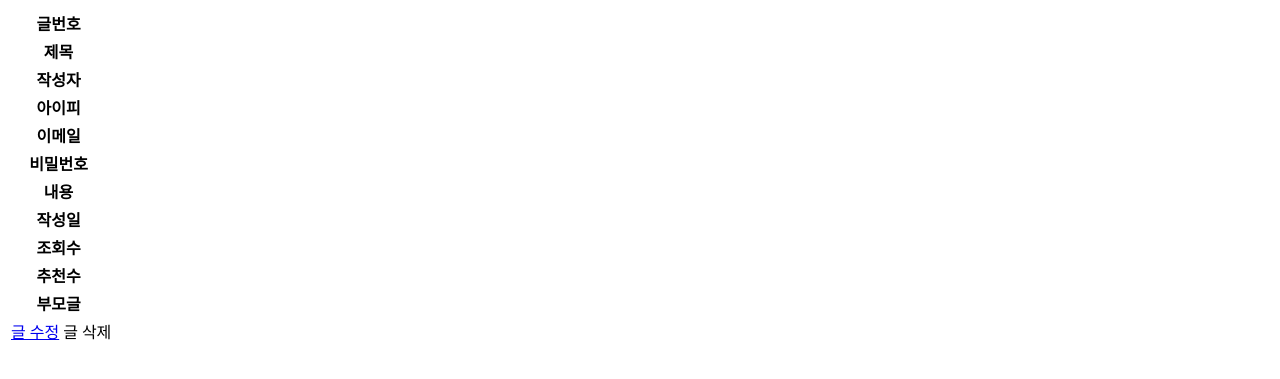
Repository: MyDreamFlying/JspClass
Page: http://localhost/WebStudy04_SpringBoard/WEB-INF/jsp/board/boardView.jsp
These files come from the project's save history. The page is drawn as it stood at one moment and after the next save; the edit follows.
The browser window is 1280 px wide. The pictures show the whole page.
The page is served by Tomcat 9. Nobody is signed in. The template is opened directly, without the code that normally fills it, so the values that code supplies are empty.

Above is the page before, as saved 2022-10-13 08:13:21.

After the next save:
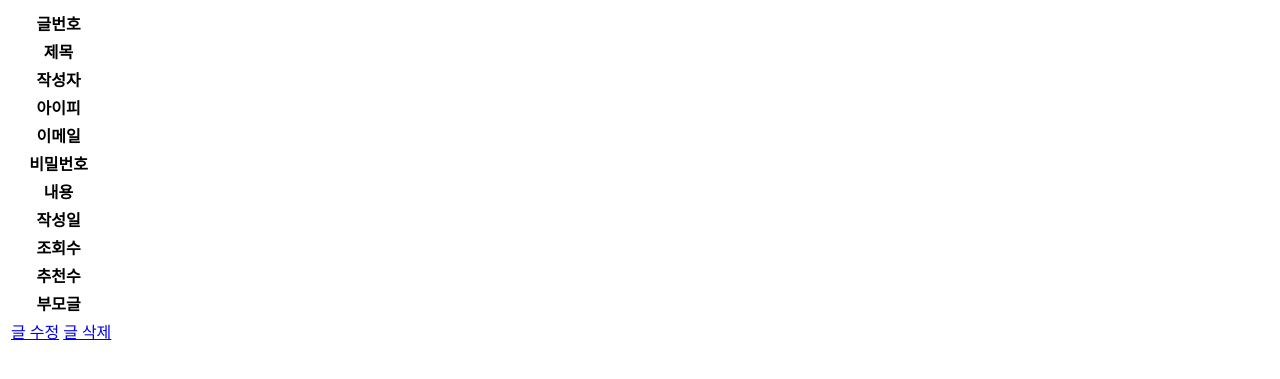
Console error: ReferenceError: $ is not defined
Saved 19 min 49 s later.
--- a/WebStudy04_SpringBoard/src/main/webapp/WEB-INF/jsp/board/boardView.jsp
+++ b/WebStudy04_SpringBoard/src/main/webapp/WEB-INF/jsp/board/boardView.jsp
@@ -52,11 +52,22 @@
 				<c:param name="what" value="${board.boNo }" />
 			</c:url>
 			<a href="${updateURL }" class="btn btn-primary">글 수정</a>
-			<a class="btn btn-danger">글 삭제</a>
+			<a href="#" id="deleteBtn" class="btn btn-danger">글 삭제</a>
 		</td>
 	</tr>
 </table>
-<form method="post" action="${pageContext.request.contextPath }/board/boardDelete.do">
+<form name="deleteForm" method="post" action="${pageContext.request.contextPath }/board/boardDelete.do">
 	<input type="hidden" name="boNo" value="${board.boNo }"/>
 	<input type="hidden" name="boPass" />
 </form>
+<script>
+	$("#deleteBtn").on("click", function(event){
+		event.preventDefault();
+		let password = prompt("비밀번호");
+		if(password){
+			document.deleteForm.boPass.value=password;
+			$(document.deleteForm).submit();
+		}
+		return false;
+	});
+</script>
